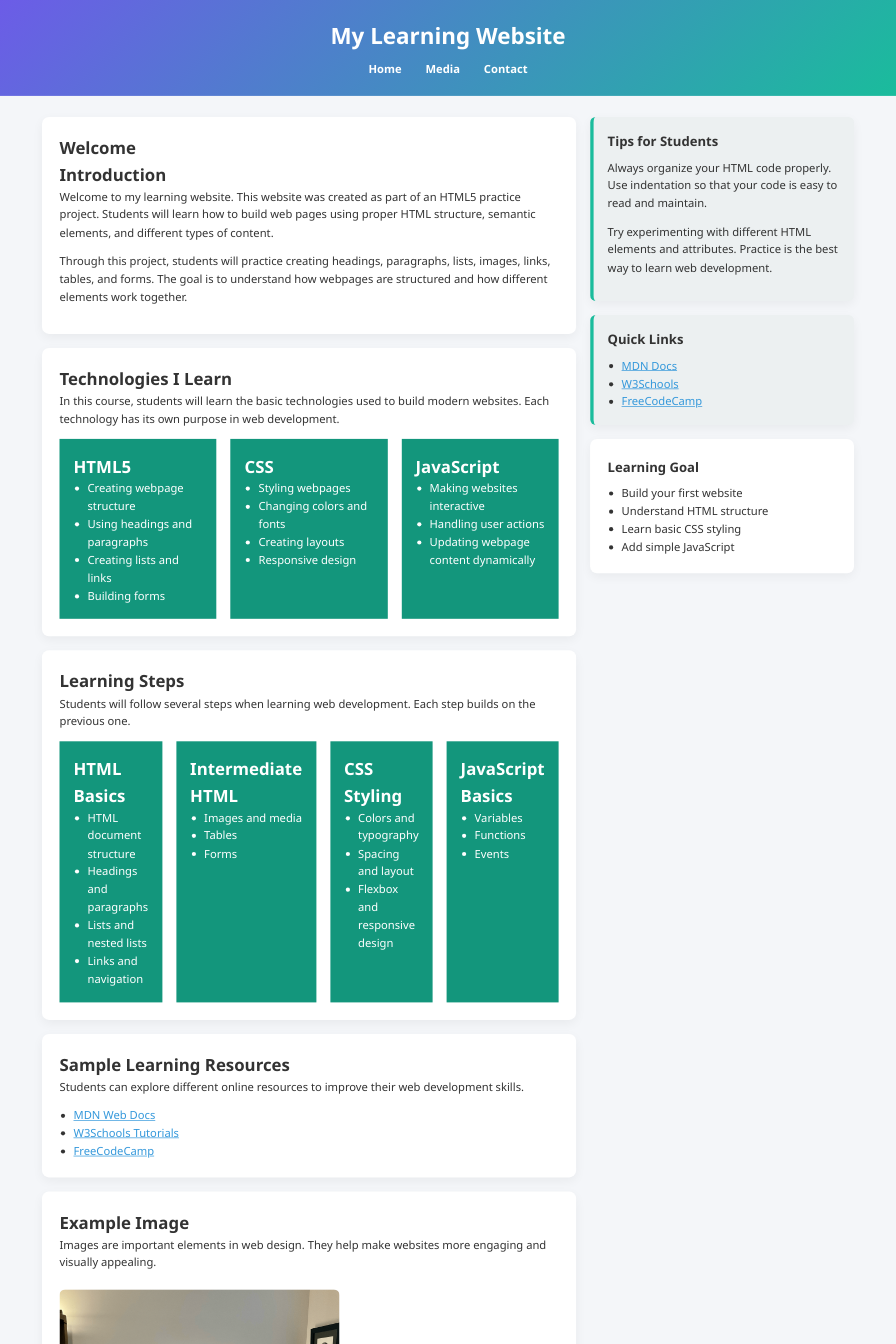
Repository: Than-sothearak/web_client_programing
Page: Week_03/index.html
These files come from the project's save history. The page is drawn as it stood at one moment and after the next save; the edit follows.
The browser window is 1280 px wide. The pictures show the part of the page from y = 0 to 1920 px (the page is 2672 px tall), at 70% of full size.

Above is the page before, as saved 2026-03-24 22:09:29.

After the next save:
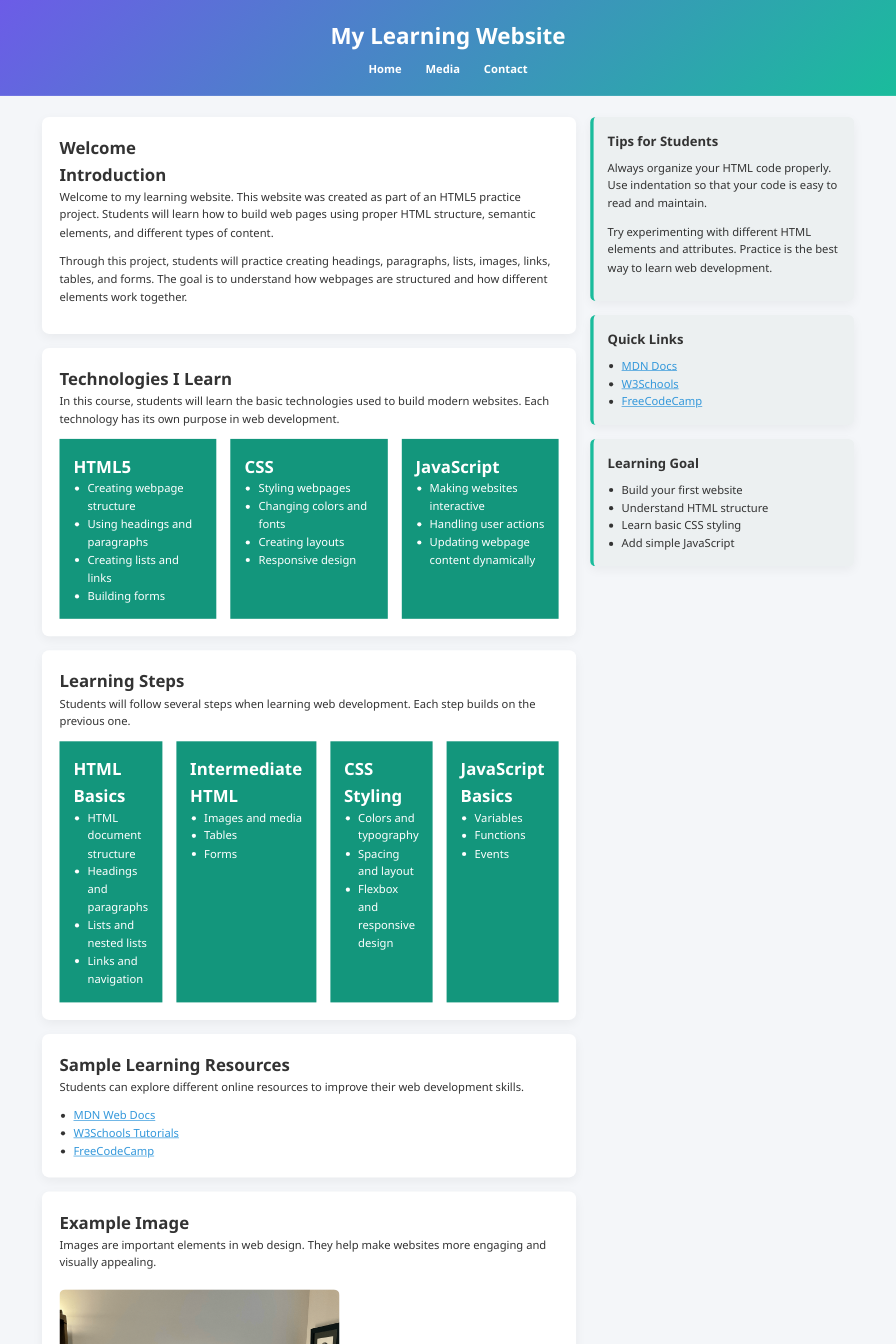
Saved 10 s later.
--- a/Week_03/index.html
+++ b/Week_03/index.html
@@ -241,7 +241,7 @@
           </ul>
         </section>
 
-        <section>
+        <section class="aside-card">
           <h3>Learning Goal</h3>
           <ul>
             <li>Build your first website</li>
